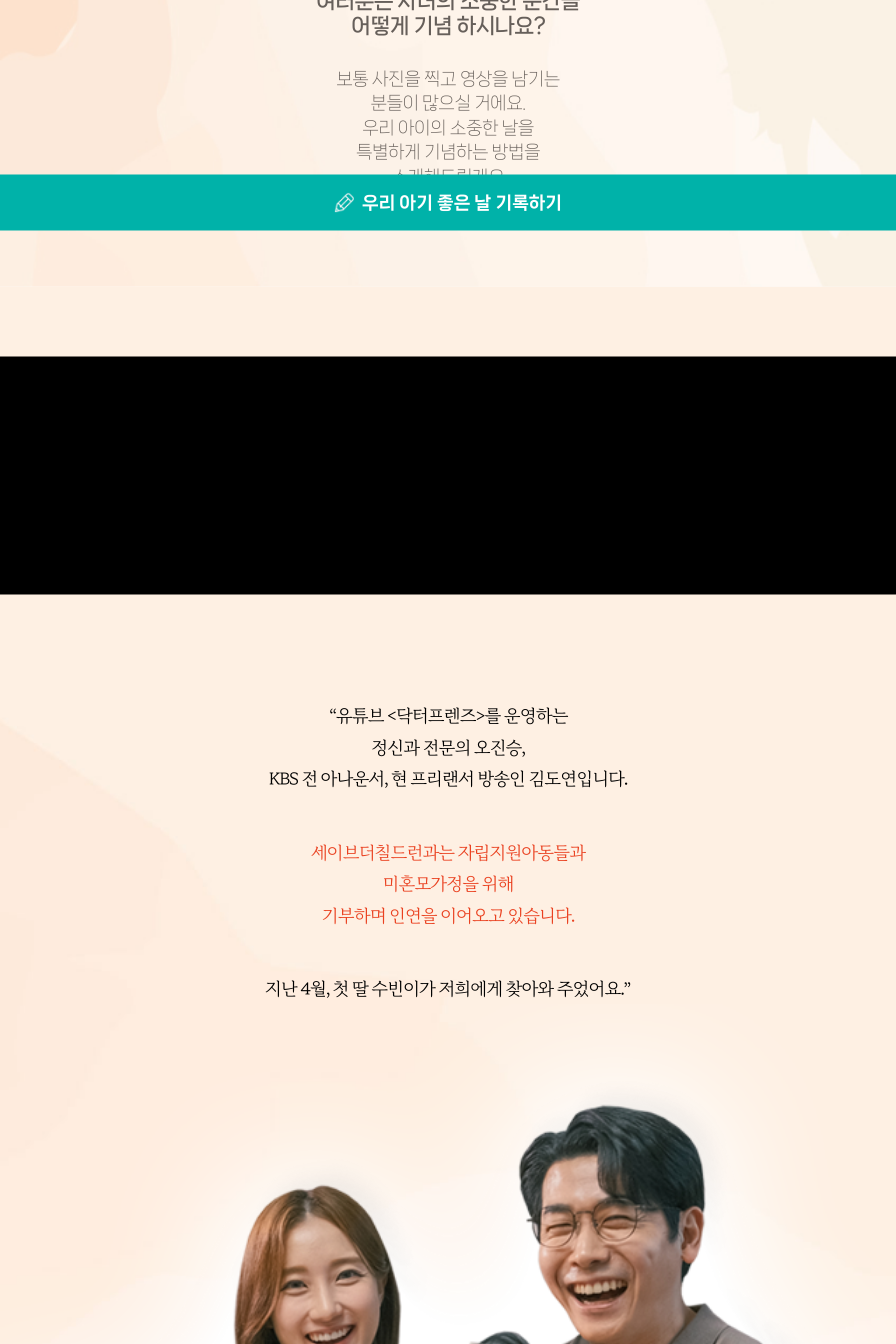
Repository: dlgywls1130/saveTheChildren_2024
Page: index.html
These files come from the project's save history. The page is drawn as it stood at one moment and after the next save; the edit follows.
The browser window is 1280 px wide. The pictures show the part of the page from y = 505 to 2425 px (the page is 18648 px tall before and 18857 px after), at 70% of full size.
Some web fonts or font styles are not loaded; a fallback is used. The style sheet was rebuilt from its Sass, Less or Tailwind sources for each picture, by a compiler version that may differ from the author's.

Above is the page before, as saved 2024-11-03 22:40:14.

After the next save:
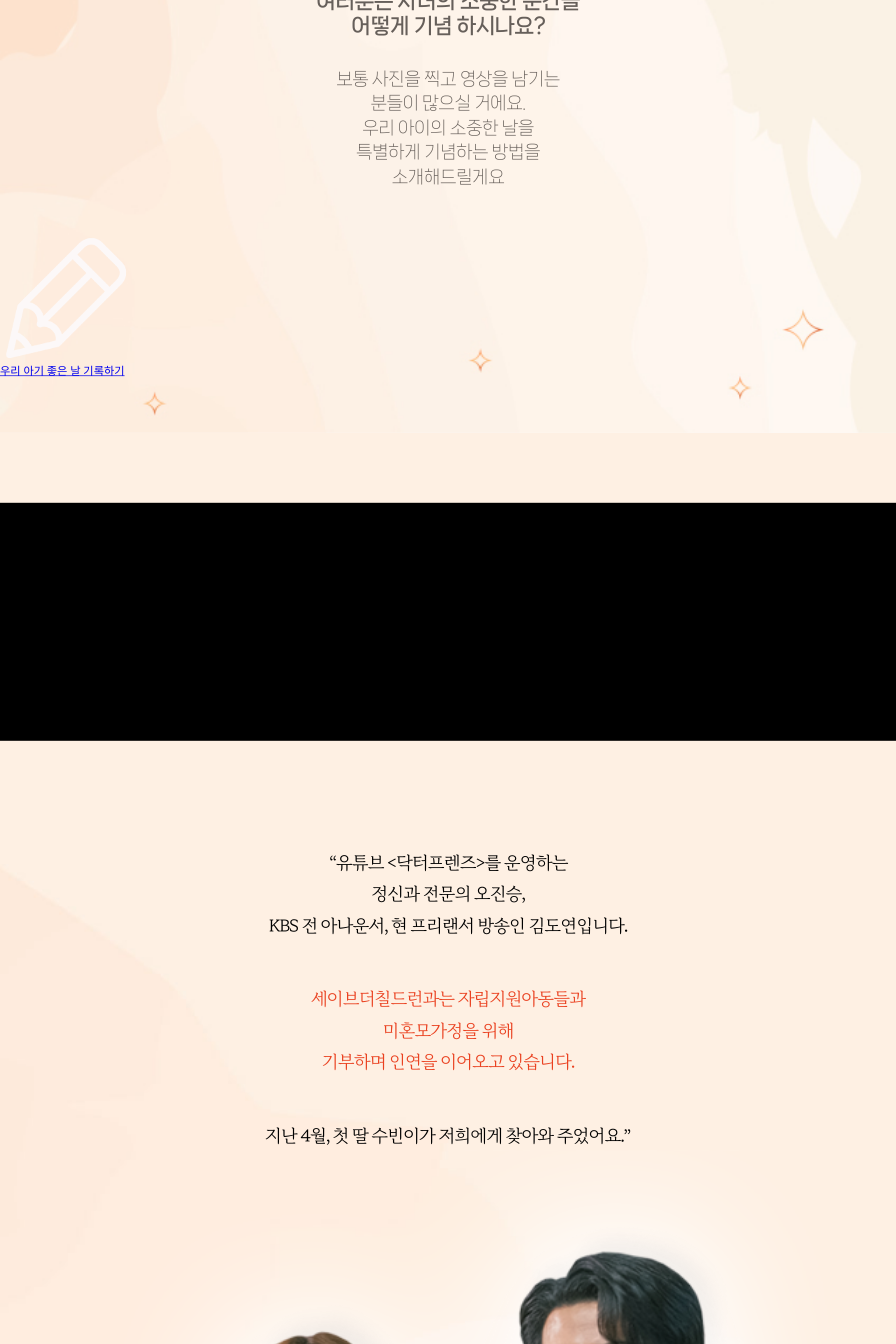
Saved 26 s later.
--- a/index.html
+++ b/index.html
@@ -35,11 +35,13 @@
                 소개해드릴게요
             </p>
 
-            <a href="#" class="record_btn">
-                <img src="/images/pencle.png" alt="pencle">
-                <p>우리 아기 좋은 날 기록하기</p>
-            </a>
+
         </div>
+
+        <a href="#" class="record_btn">
+            <img src="/images/pencle.png" alt="pencle">
+            <p>우리 아기 좋은 날 기록하기</p>
+        </a>
     </section>
 
     <!-- 스토리섹션 -->
